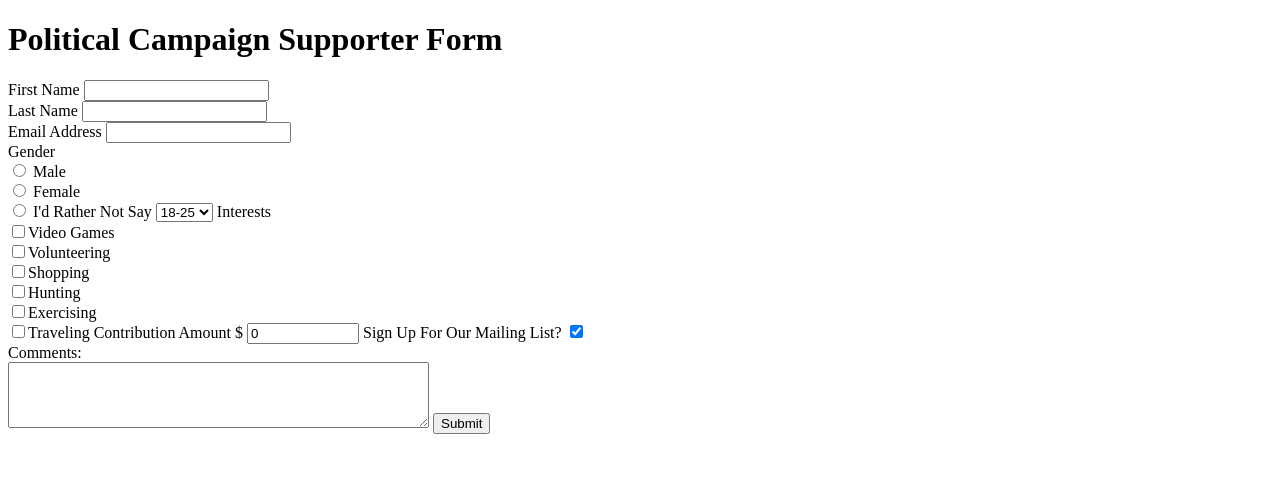
Repository: ryanaanderson0/COSW30
Page: Homework/Homework2/contact.html
The author's editor kept a record of every edit. The page is drawn from the files as they stood at one moment, then again after the next edit.
The browser window is 1280 px wide. The pictures show the whole page.

Above is the page before.

After the next edit:
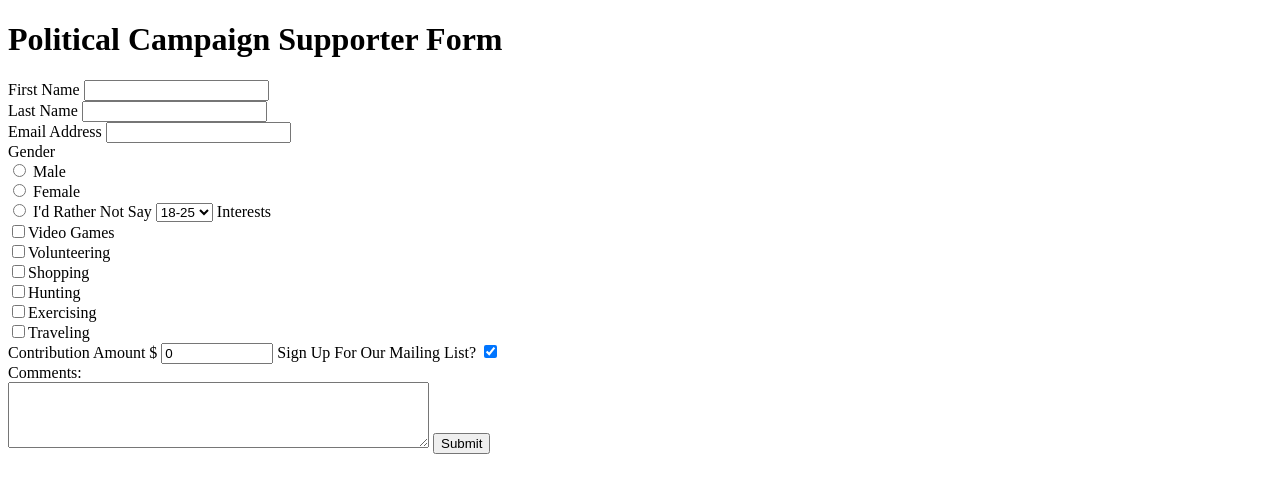
The edit:
--- a/Homework/Homework2/contact.html
+++ b/Homework/Homework2/contact.html
@@ -36,7 +36,7 @@
         <input type="checkbox" id="interests" name="interest[]" value="shopping">Shopping<br>
         <input type="checkbox" id="interests" name="interest[]" value="hunting">Hunting<br>
         <input type="checkbox" id="interests" name="interest[]" value="exercising">Exercising<br>
-        <input type="checkbox" id="interests" name="interest[]" value="traveling">Traveling
+        <input type="checkbox" id="interests" name="interest[]" value="traveling">Traveling<br>
 
         <label>Contribution Amount $</label>
         <input type="number" id="contribution" name="quantity" min="0" max="100000000" value="0">
